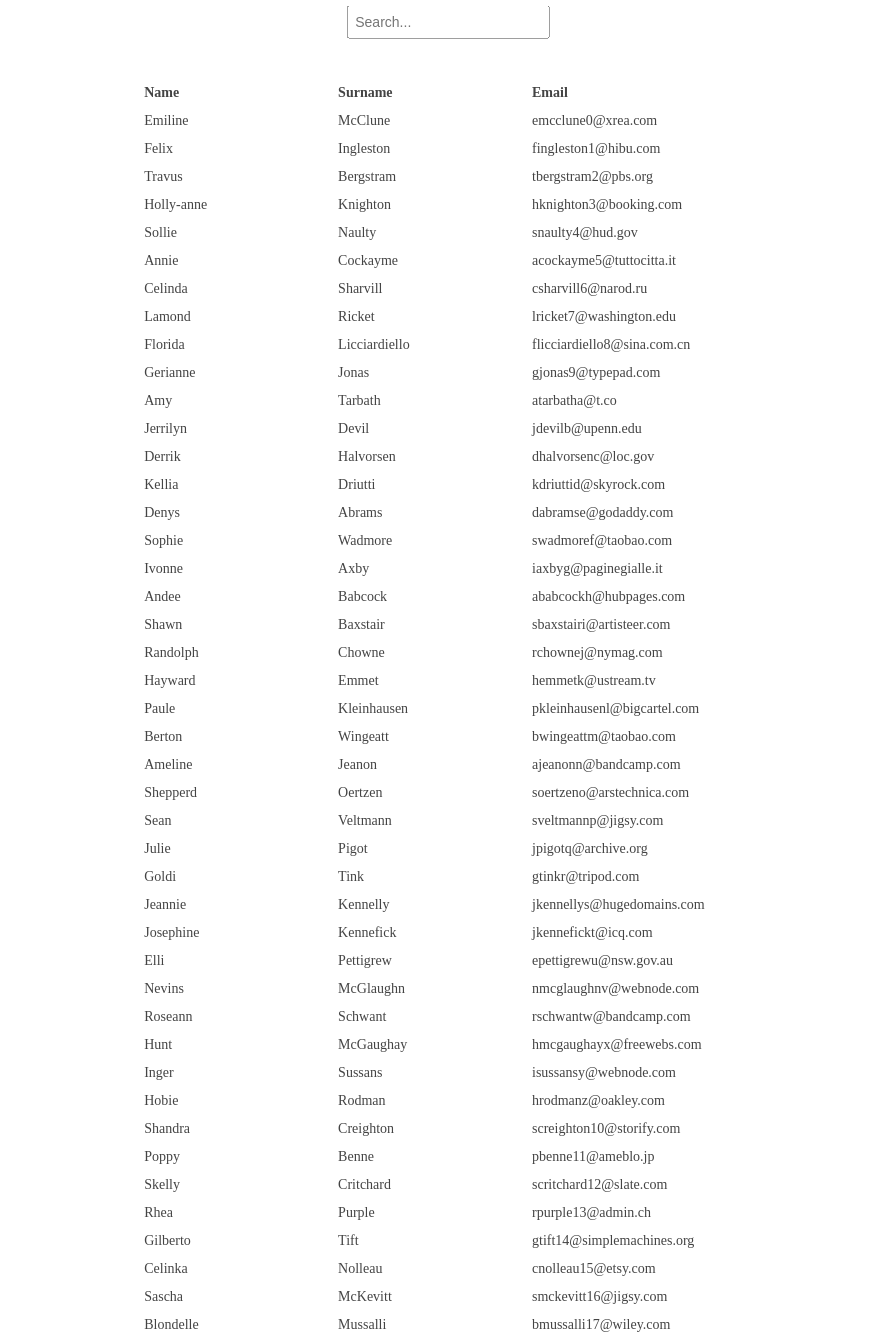
Repository: Omk1/RUStudy
Page: /
These files come from the project's save history. The page is drawn as it stood at one moment and after the next save; the edit follows.
The browser window is 1280 px wide. The pictures show the part of the page from y = 0 to 1920 px (the page is 40218 px tall before and 720 px after), at 70% of full size.
Some web libraries are served in a nearby version. The project was rebuilt for these pictures with package versions that can differ from the ones it lists, and the page was loaded fresh each time.

Above is the page before, as saved 2023-10-07 22:55:27.

After the next save:
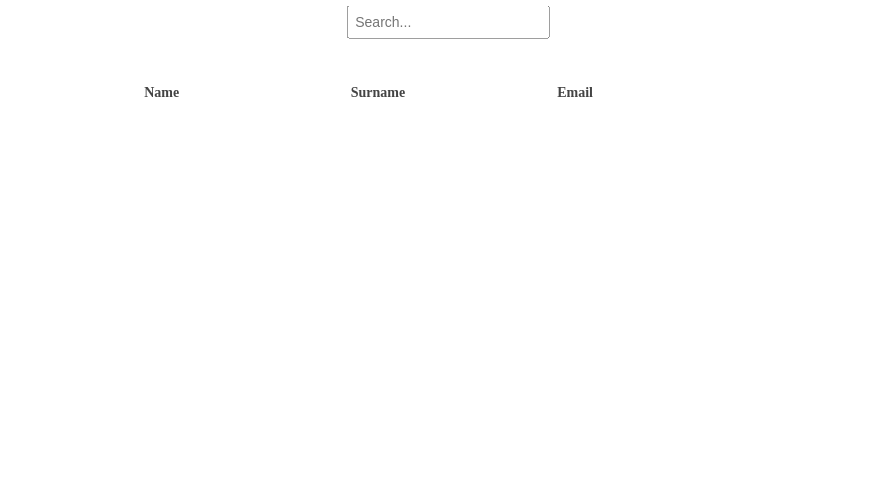
Saved 10 min 6 s later.
--- a/src/App.js
+++ b/src/App.js
@@ -5,12 +5,12 @@
 
 function App() {
   const [query, setQuery] = useState("");
+  const keys = ["first_name", "last_name", "email"];
 
   const search = (data) => {
     return data.filter((item) =>
-    item.first_name.toLowerCase().includes(query) ||
-    item.last_name.toLowerCase().includes(query) ||
-    item.email.toLowerCase().includes(query))
+      keys.some(key => item[key].includes(query.toLowerCase))
+    )
   }
 
   console.log(Users.filter(user=>user.first_name.toLowerCase().includes("fe")));

After the 2 saves that followed:
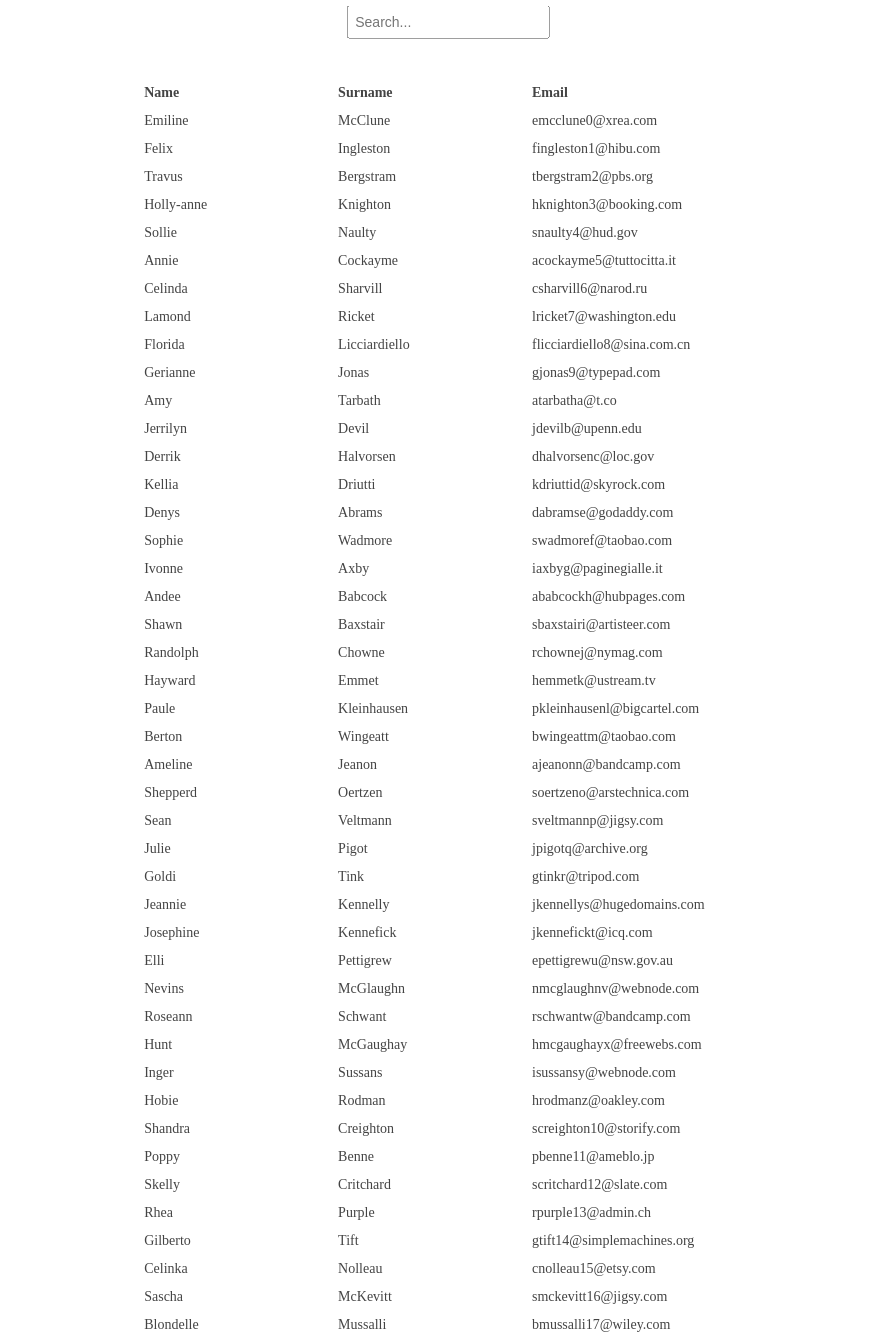
The 2 saves are shown as one change because 1 left the picture as it was.
The last was saved 61 s later.
--- a/src/App.js
+++ b/src/App.js
@@ -9,7 +9,7 @@
 
   const search = (data) => {
     return data.filter((item) =>
-      keys.some(key => item[key].includes(query.toLowerCase))
+      keys.some(key => item[key].toLowerCase().includes(query))
     )
   }
 
